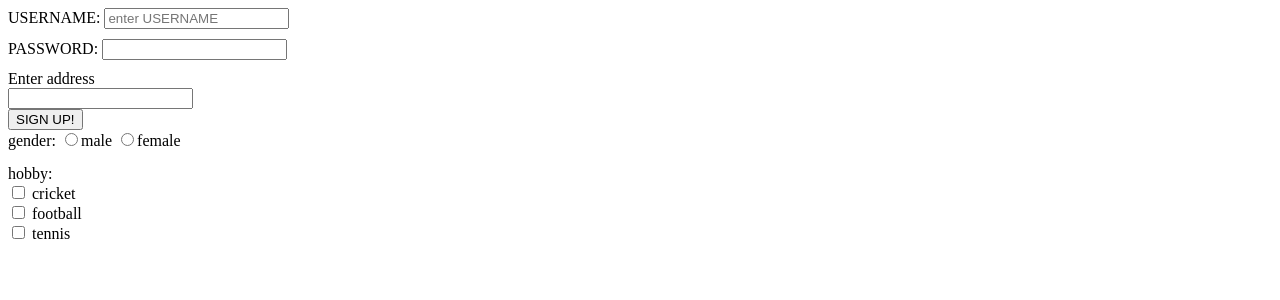
Repository: mirambialex/myform
Page: website/INDEX.HTML
The author's editor kept a copy of each file at every save. The page is drawn from the files as they stood at one save, then again after a run of saves.
The browser window is 1280 px wide. The pictures show the whole page.

Above is the page before, as saved 2024-04-11 10:14:53.

### website/INDEX.HTML
<!DOCTYPE html>
<html lang="en">
<head>

    <title>WEBPAGE DESIGN</title>
    <LINK REL="STYLESHEET" HREF="STYLE.CSS">
</head>
<body>

 <DIV class="MAIN">USERNAME: <INPUT TYPE="TEXT" placeholder="enter USERNAME"> <br/>
 </DIV>
 <DIV class="A"> PASSWORD: <INPUT TYPE="PASSWORD" NAME="PASSWORD"> <br/></DIV>
 Enter address <br/>
<DIV CLASS="B"><input type="text" name="enter your address"></DIV>
<DIV class="C"><BUTTon>SIGN UP!</BUTTon></DIV>
<LAbe for="gender">gender: </LAbel>
<INPUT type="radio" ID="GENDER" name="GENDER" VALUE="male"/>male
<INPUT type="radio" ID="GENDER" name="GENDER" VALUE="female"/>female <br/>
<div class="d">
hobby:<br>
<input type="checkbox" id="cricket" name="cricket" value="cricket"/>
<label for="cricket">cricket</label> <br>
<input type="checkbox" id="football" name="football" value="football"/>
<label for="football">football</label> <br>
<input type="checkbox" id="tennis" name="tennis" value="tennis"/>
<label for="tennis">tennis</label> <br>
<br/>
</div>
 </body>
</html>

### website/STYLE.CSS
.MAIN{
    margin-bottom: 0.8%;
}
.A{
    margin-bottom: 0.8%;
}
.c{
    margin-top: 0.5%;
}
.d{
    margin-top: 1.2%;

}

After the next 3 saves:
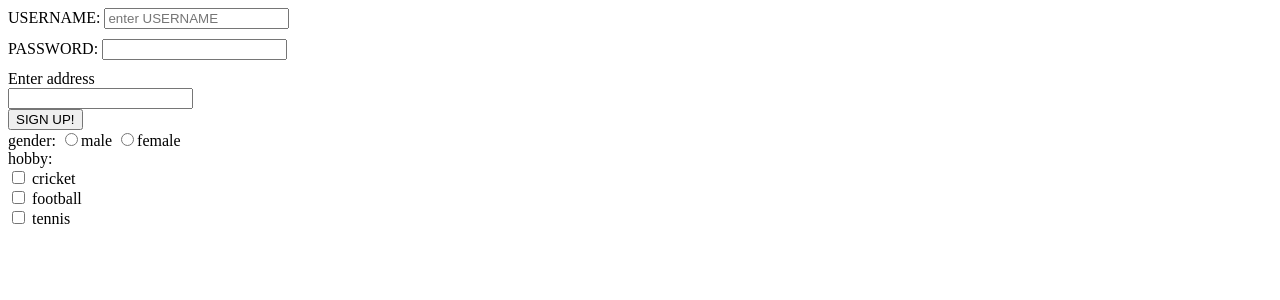
The 3 saves are shown as one change because they came seconds apart.
The last was saved 14 s later.
--- a/website/STYLE.CSS
+++ b/website/STYLE.CSS
@@ -8,6 +8,6 @@
     margin-top: 0.5%;
 }
 .d{
-    margin-top: 1.2%;
+    margin-bottom: 1.2%;
 
 }

After the 4 saves that followed:
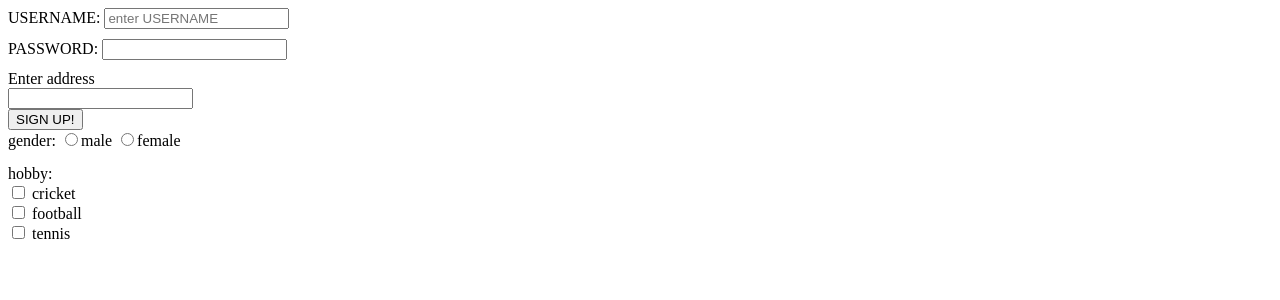
The 4 saves are shown as one change because 2 left the picture as it was and some came seconds apart.
The last was saved 39 s later.
--- a/website/STYLE.CSS
+++ b/website/STYLE.CSS
@@ -8,6 +8,6 @@
     margin-top: 0.5%;
 }
 .d{
-    margin-bottom: 1.2%;
+    margin-top: 1.2%;
 
 }
